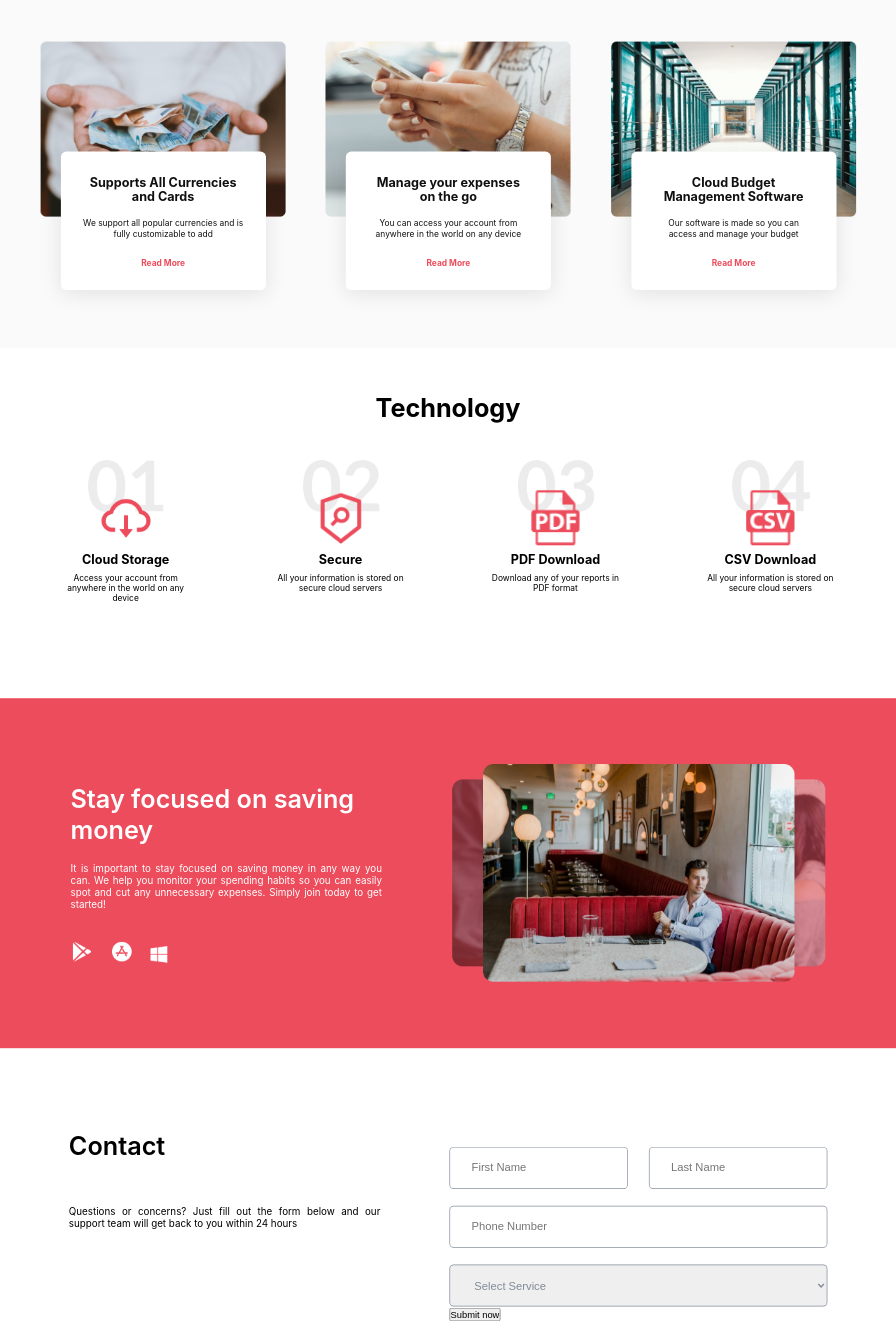
Repository: Ola-22/cloudBudget
Page: /
These files come from the project's save history. The page is drawn as it stood at one moment and after the next save; the edit follows.
The browser window is 1280 px wide. The pictures show the part of the page from y = 1478 to 3398 px (the page is 3398 px tall), at 70% of full size.
The project was rebuilt for these pictures with package versions that can differ from the ones it lists, and the page was loaded fresh each time.

Above is the page before, as saved 2021-09-14 11:36:34.

### src/App.js
import "./App.css";
import {
  Navbar,
  MainContent,
  VideoSection,
  Features,
  Technology,
  AppDownload,
  Contact,
} from "./components/component-path";

function App() {
  return (
    <div className="App">
      <div
        className="app-main"
        style={{
          backgroundImage:
            "linear-gradient(90deg, rgba(213, 32, 71, 0.8) 0%, rgba(238, 61, 27, 0.8) 100%),url(/images/bg.png)",
          height: "782px",
        }}
      >
        <Navbar />
        <MainContent />
      </div>
      <VideoSection />
      <Features />
      <Technology />
      <AppDownload />
      <Contact />
    </div>
  );
}

export default App;

### src/App.css
*{
  margin: 0;
  padding: 0;
  box-sizing: border-box;
}

.app-main{
  /* height: 782px; */
  background-position: center;
  background-repeat: no-repeat;
  background-size: cover;
  position: relative;
}

### src/Components/component-path.js
export { default as Navbar } from "./Navbar";
export { default as MainContent } from "./MainContent";
export { default as VideoSection } from "./VideoSection";
export { default as Features } from "./Features";
export { default as Technology } from "./Technology";
export { default as AppDownload } from "./AppDownload";
export { default as Contact } from "./Contact";

### src/Components/Navbar/index.jsx
import "./style.scss";
import { Link, BrowserRouter as Router } from "react-router-dom";

function Navbar() {
  return (
    <div className="nav-main">
      <div className="nav-box">
        <img src="/images/Vector.png" alt="" />
        <h3>CLOUDBUDGET</h3>
      </div>
      <Router>
        <nav>
          <Link to="/">overview</Link>
          <Link to="/">features</Link>
          <Link to="/">technology</Link>
          <Link to="/">contact</Link>
          <Link to="/">sign up</Link>
        </nav>
      </Router>
      <div style={{ display: "flex", cursor: "pointer" }}>
        <div className="flag-box">
          <img src="/images/flag.png" alt="" />
          <h4>EN</h4>
          <img src="/images/vector2.png" alt="" />
        </div>
        <button>Login</button>
      </div>
    </div>
  );
}

export default Navbar;

### src/Components/MainContent/index.jsx
import "./style.css";

export default function MainContent() {
  return (
    <div className="main-content">
      <h1>CloudBudget</h1>
      <p>
        Cloud budget management for everyone. Only €69.95 a Month After a 7 Day
        Trial of
        <br /> Up to €4.99
      </p>
      <button>sign up</button>
    </div>
  );
}

### src/Components/VideoSection/index.jsx
import "./style.scss";

export default function VideoSection() {
  return (
    <div className="videoMain">
      <div className="video-content">
        <h2>Easy to Use Cloud Budget Management Software</h2>
        <p>
          Our software is made so you can access and manage your budget and
          expenses online at any time from any device. It provides detailed
          income and expense reports with graphs so you can easilly see your
          spending patterns and budget at a glance. Read below to find out more.
        </p>
        <a href="#">Learn More</a>
      </div>
      <div>
        <img src="/images/play.png" alt="" />
        <img src="/images/Video_bg.png" alt="" />
      </div>
    </div>
  );
}

### src/Components/Features/index.jsx
import FeaturesCard from "./FeaturesCard";
import "./style.scss";

export default function Features() {
  return (
    <div className="features-main">
      <h1>Features</h1>
      <div>
        <FeaturesCard
          src="/images/features1.png"
          title="Supports All Currencies and Cards"
          paragraph="We support all popular currencies and is fully customizable to add"
          readmore="Read More"
        />
        <FeaturesCard
          src="/images/features2.png"
          title="Manage your expenses on the go"
          paragraph="You can access your account from anywhere in the world on any device"
          readmore="Read More"
        />
        <FeaturesCard
          src="/images/features3.png"
          title="Cloud Budget Management Software"
          paragraph="Our software is made so you can access and manage your budget"
          readmore="Read More"
        />
      </div>
    </div>
  );
}

### src/Components/Technology/index.jsx
import "./style.scss";
import TechCard from "./TechCard";

export default function Technology() {
  return (
    <div className="tech-main">
      <h1>Technology</h1>
      <div>
        <TechCard
          src="/images/tech1.png"
          title="Cloud Storage"
          paragraph="Access your account from anywhere in the world on any device"
          background="01.png"
        />
        <TechCard
          src="/images/tech2.png"
          title="Secure"
          paragraph="All your information is stored on secure cloud servers"
          background="02.png"
        />
        <TechCard
          src="/images/tech3.png"
          title="PDF Download"
          paragraph="Download any of your reports in PDF format"
          background="03.png"
        />
        <TechCard
          src="/images/tech4.png"
          title="CSV Download"
          paragraph="All your information is stored on secure cloud servers"
          background="04.png"
        />
      </div>
    </div>
  );
}

### src/Components/AppDownload/index.jsx
import "./style.scss";

export default function AppDownload() {
  return (
    <div className="download-main">
      <div>
        <h1>Stay focused on saving money</h1>
        <p>
          It is important to stay focused on saving money in any way you can. We
          help you monitor your spending habits so you can easily spot and cut
          any unnecessary expenses. Simply join today to get started!
        </p>
        <img src="/images/playstore.png" alt="" />
        <img src="/images/applestore.png" alt="" />
        <img src="/images/windows.png" alt="" />
      </div>
      <div>
        <div>
          <img src="/images/Video_bg3.png" alt="" />
          <img src="/images/Video_bg2.png" alt="" />
        </div>
        <img src="/images/Video_bg1.png" alt="" />
      </div>
    </div>
  );
}

### src/Components/Contact/index.jsx
import "./style.scss";
import Input from "./Input";

export default function Contact() {
  return (
    <div className="contact-main">
      <div>
        <h4>Contact</h4>
        <p>
          Questions or concerns? Just fill out the form below and our support
          team will get back to you within 24 hours
        </p>
      </div>
      <div>
        <div>
          <Input
            name="first_name"
            id="first_name"
            type="text"
            // onChange={this.handleChange}
            // value={email}
            placeholder="First Name"
          />
          <Input
            name="last_name"
            id="last_name"
            type="text"
            // onChange={this.handleChange}
            // value={email}
            placeholder="Last Name"
          />
        </div>
        <div>
          <Input
            name="phone"
            id="phone"
            type="text"
            // onChange={this.handleChange}
            // value={email}
            placeholder="Phone Number"
          />
        </div>

        <select name="service" id="service">
          <option value="other">Select Service</option>
          <option value="other">other</option>
          <option value="other">other</option>
          <option value="other">other</option>
        </select>
        <button>Submit now</button>
      </div>
    </div>
  );
}

### src/Components/Navbar/style.scss
@import "../../styles/variables.scss";

.nav-main{
  display: flex;
  align-items: center;
  justify-content: space-around;
  padding-top: 52px;
  & >nav{
    display: flex;
    & >a {
      margin-left: 20px;
      text-transform: uppercase;
      color: $whiteColor;
      font-size: 14px;
      text-decoration: none;
    }
  }

  & button{
    width: 100px;
    height: 40px;
    background-color: transparent;
    border-radius: 6px;
    border: 1px solid $whiteColor;
    font-size: 14px;
    text-transform: uppercase;
    color: $whiteColor;
    margin-inline-start: 28.81px;
    margin-inline-end: 28px;
  }
}

.nav-box{
  display: flex;
  // margin-left: 5%;
  & > h3{
    font-size: 18px;
    margin-left: 9.9px;
    color: white;
  }
}

.flag-box{
  display: flex;
  align-items: center;
  width: 96px;
  & > h4{
    font-size: 14px;
    color: $whiteColor;
    margin-inline-start: 13.81px;
    margin-inline-end: 13.81px;
  }
}

### src/Components/MainContent/style.css
.main-content {
  display: -webkit-box;
  display: -ms-flexbox;
  display: flex;
  -webkit-box-align: center;
      -ms-flex-align: center;
          align-items: center;
  -webkit-box-orient: vertical;
  -webkit-box-direction: normal;
      -ms-flex-direction: column;
          flex-direction: column;
  color: #ffffff;
  margin-top: 158px;
}

.main-content > h1 {
  font-size: 72px;
  text-transform: uppercase;
  margin-left: 18px;
  letter-spacing: 0.05em;
}

.main-content > p {
  font-size: 24px;
  width: 540px;
  height: 124px;
  font-weight: 600;
  overflow-wrap: break-word;
  text-align: center;
  margin: 0;
}

.main-content > button {
  background-color: #ffffff;
  border-radius: 6px;
  width: 160px;
  height: 50px;
  font-size: 14px;
  text-transform: uppercase;
  color: #ED4C5C;
  border: none;
  font-weight: 600;
  cursor: pointer;
}
/*# sourceMappingURL=style.css.map */

### src/Components/VideoSection/style.scss
@import "../../styles/variables.scss";

.videoMain{
  display: flex;
  justify-content: space-around;
  margin-top: 94px;
  height: 500px;
  flex-wrap: wrap;
  & > div:last-of-type{
    position: relative;
    & img:first-of-type{
      border: 1px solid $btnColor;
      background-color: $btnColor;
      border-radius: 50%;
      padding: 20px;
      // width: 18px;
      position: absolute;
      margin-top: 123px;
      left: -32px;
    }
  }
}

.video-content{
  width: 445px;
  & > h2{
    font-size: 36px;
    line-height: 43px;
    margin-top: 46px;
    font-weight: 600;
  }
  & > p{
    font-size: 14px;
    text-align: justify;
    margin: 24px 0;
  }
  & > a{
    color: $btnColor;
    font-size: 14px;
    text-decoration: none;
  }
}

### src/Components/Features/FeaturesCard/index.js
import "./style.scss";

export default function FeaturesCard({ src, title, paragraph, readmore }) {
  return (
    <div className="features-card">
      <img src={src} alt="" />
      <div>
        <h3>{title}</h3>
        <p>{paragraph}</p>
        <a href="#">{readmore}</a>
      </div>
    </div>
  );
}

### src/Components/Features/style.scss
.features-main{
  background-color: #fafafa;
  // padding-top: 60px;
  height: 600px;
  & >h1{
    text-align: center;
    padding-top: 60px;
    padding-bottom: 63px;
  }
  & > div:first-of-type{
    display: flex;
    justify-content: space-evenly;
    height: 660px;
    flex-wrap: wrap;
  }
}

### src/Components/Technology/style.scss
.tech-main{
   height: 500px;

   & > h1{
     font-size: 36px;
     text-align: center;
     padding-top: 63px;
     padding-bottom: 52px;
   }

  & > div:first-of-type{
    display: flex;
    justify-content: space-evenly;
    flex-wrap: wrap;
  }
}

### src/Components/Technology/TechCard/index.jsx
import "./style.scss";

export default function TechCard({ src, title, paragraph, background }) {
  return (
    <div
      className="tech-card"
      style={{
        backgroundImage: `url(/images/${background}`,
        backgroundRepeat: "no-repeat",
        position: "relative",
        backgroundPosition: "center top",
      }}
    >
      <img src={src} alt="" />
      <h2>{title}</h2>
      <p>{paragraph}</p>
    </div>
  );
}

### src/Components/AppDownload/style.scss
@import "../../styles/variables.scss";

.download-main{
  background-color: $btnColor;
  height: 500px;
  color: $whiteColor;
  display: flex;
  justify-content: space-evenly;
  position: relative;
  &>div:first-of-type{
    width: 445px;
    & > h1{
      margin-top: 122px;
      width: 445px;
      font-size: 36px;
      font-weight: 600;
      margin-bottom: 24px;
    }
    & >p{
      margin-bottom: 44px;
      font-size: 14px;
      text-align: justify;
    }
    & > img:not(:first-of-type){
      margin-left: 25px;
    }
  }
  &>div:last-of-type{
    width: 533px;
    position: relative;
    padding-top: 116px;
    & > div {
    display: flex;
    position: relative;
    & >img:first-of-type{
      position: absolute;
      left: 150px;
    }
    }
    & > img{
      position: absolute;
      left: 44px;
      top: 94px;
    }
  }
}

### src/Components/Contact/style.scss
.contact-main{
  display: flex;
  margin-top: 117px;
  justify-content: space-evenly;
  &> div:first-of-type{
    width: 445px;
    height: 160px;
    & > h4{
      font-size: 36px;
      font-weight: 600;
      height: 107px;
    }
    & >p{
      height: 64px;
      font-size: 14px;
      text-align: justify;
    }
  }
  &>div:last-of-type{
    width: 540px;
    height: 305px;

    & input, & select{
       height: 60px;
       border-radius: 6px;
       font-size: 16px;
       color: rgba(19,39,67,0.5);
       padding-left: 31px;
       outline: none;
       border: 1px solid ;
    }

    & input, & >select{
      width: 540px;
      margin-top: 24px;
    }

    &>div:first-of-type{
       &  input{
       width: 255px;
      &:last-of-type{
        margin-left: 30px;
      }
    }
    }


  }
}

### src/Components/Contact/Input/index.jsx
// import React from "react";

export default function Input({
  name,
  type,
  onChange,
  value,
  placeholder,
  id,
}) {
  return (
    <>
      <input
        name={name}
        type={type}
        id={id}
        onChange={onChange}
        value={value}
        placeholder={placeholder}
        className="inputLog"
      />
    </>
  );
}

### src/styles/variables.scss
$whiteColor: #ffffff;
$blackColor: #000000;
$orangeColor: #EE3D1B;
$pinkColor: #D52047;
$btnColor: #ED4C5C;

### src/Components/Features/FeaturesCard/style.scss
@import "../../../styles/variables.scss";


.features-card{
  position: relative;
  text-align: center;
  & > div{
    background-color: $whiteColor;
    position: absolute;
    top: 157px;
    width: 293px;
    height: 198px;
    left: 29px;
    box-shadow: 0px 5px 30px rgba(0, 0, 0, 0.1);
    display: flex;
    flex-direction: column;
    align-items: center;
    color: #101010;
    border-radius: 8px;
    & > h3{
      margin-top: 33px;
      margin-bottom: 20px;
      font-size: 18px;
      width: 229px;
    }
    & > p{
      font-size: 12px;
      width: 229px;
      height: 57px;
    }
    & > a{
      color: $btnColor;
      font-size: 12px;
      font-weight: bold;
      text-decoration: none;
    }
  }
}

### src/Components/Technology/TechCard/style.scss
.tech-card{
  width: 255px;
  height: 226px;
  display: flex;
  flex-direction: column;
  align-items: center;
  flex-wrap: wrap;
  & > img{
    margin-top: 44px;
    width: 80px;
    height: 80px;
    object-fit: contain;
  }
  & >h2{
    font-size: 18px;
    margin-bottom: 10px;
    margin-top: 8px;
  }
  & > p{
    font-size: 12px;
    width: 191px;
    height: 51px;
    text-align: center;
    line-height: 14px;
  }
}

Loaded but not shown: public/index.html (common file); src/index.js (common file); src/index.css (common file); src/reportWebVitals.js (common file)

After the next save:
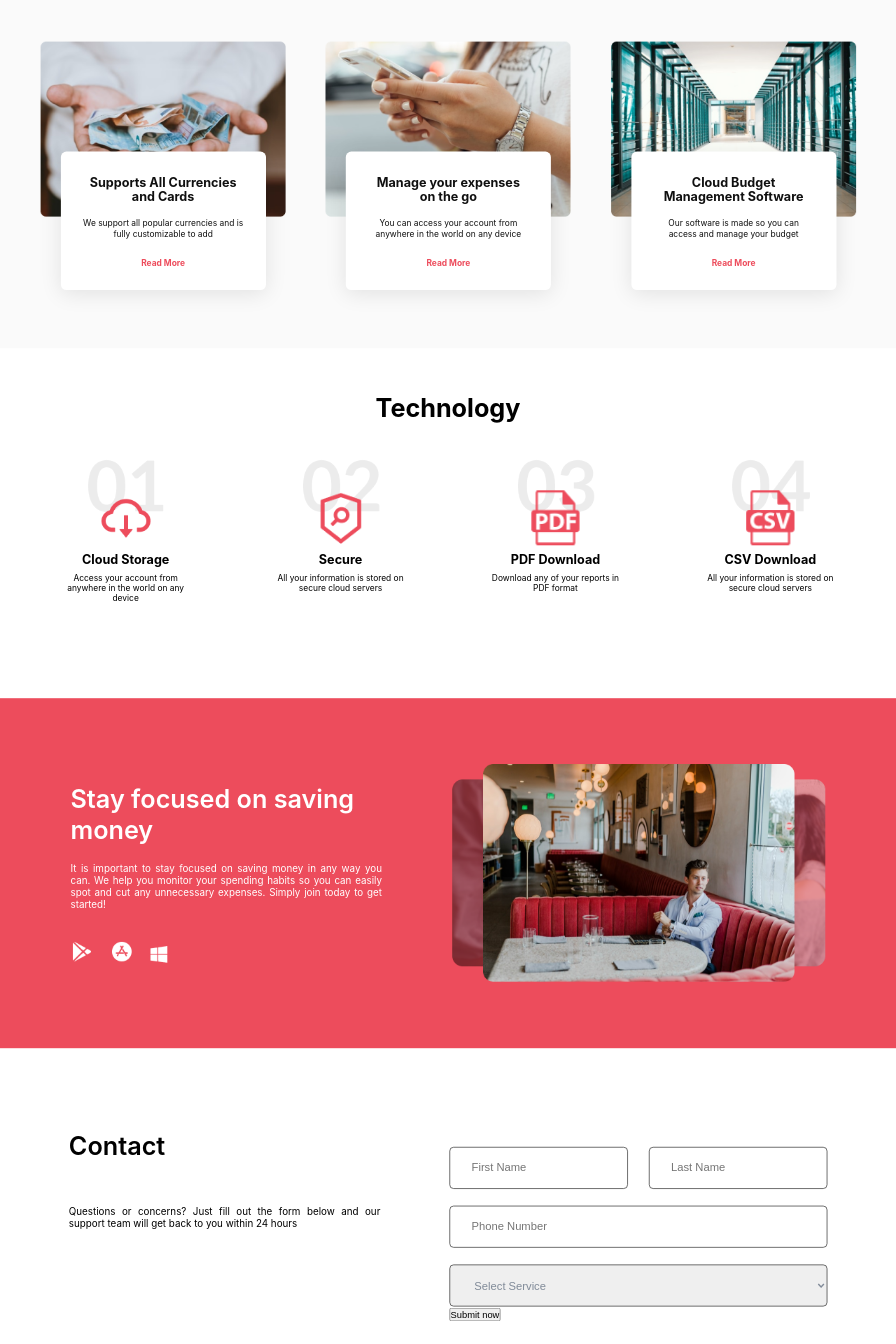
Saved 14 s later.
--- a/src/Components/Contact/style.scss
+++ b/src/Components/Contact/style.scss
@@ -27,7 +27,7 @@
        color: rgba(19,39,67,0.5);
        padding-left: 31px;
        outline: none;
-       border: 1px solid ;
+       border: 1px solid #333333;
     }
 
     & input, & >select{
